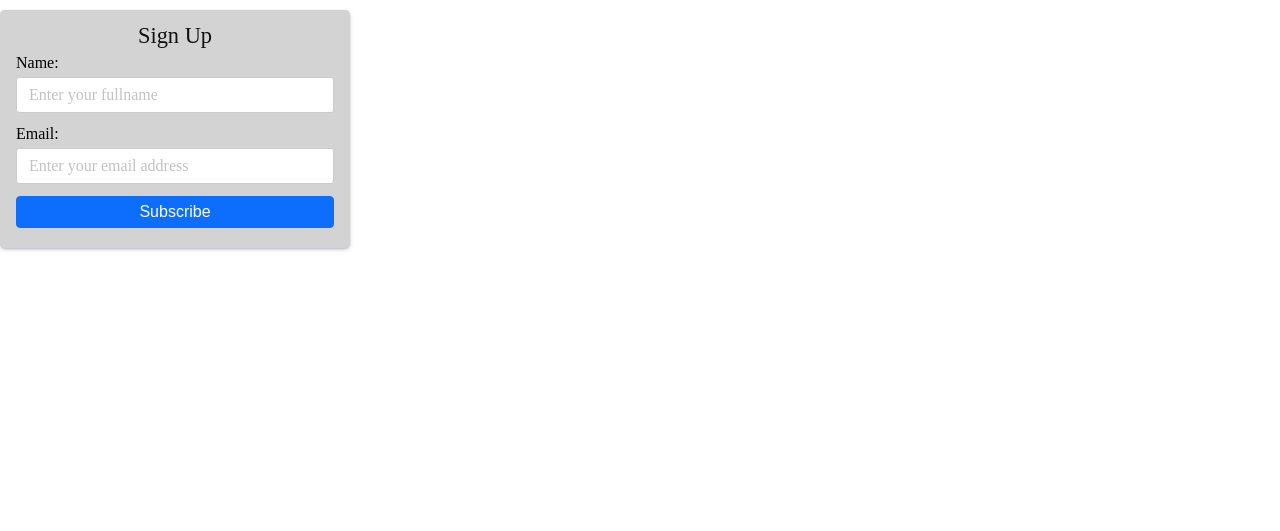
Repository: HoangDuy315/web-dev2022
Page: hw151022/ex2/ex2.2/index.html
These files come from the project's save history. The page is drawn as it stood at one moment and after the next save; the edit follows.
The browser window is 1280 px wide. The pictures show the whole page.

Above is the page before, as saved 2022-10-15 15:06:13.

After the next save:
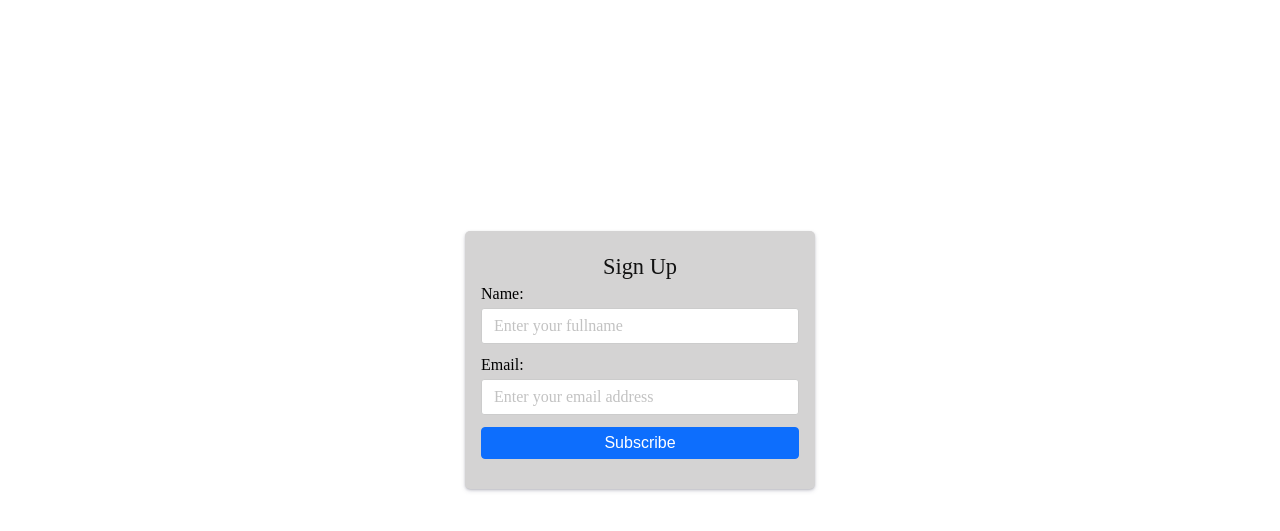
Saved 20 s later.
--- a/hw151022/ex2/ex2.2/index.css
+++ b/hw151022/ex2/ex2.2/index.css
@@ -4,16 +4,12 @@
   box-sizing: border-box;
 }
 
-/* body {
-  font-family: -apple-system, BlinkMacSystemFont, "Segoe UI", Roboto, Oxygen,
-    Ubuntu, Cantarell, "Open Sans", "Helvetica Neue", sans-serif;
-  font-size: 1rem;
-  background-color: #c4aeae;
+body {
   display: flex;
   align-items: center;
   justify-content: center;
   min-height: 100vh;
-} */
+}
 
 .container {
   background-color: rgb(212, 211, 211);
